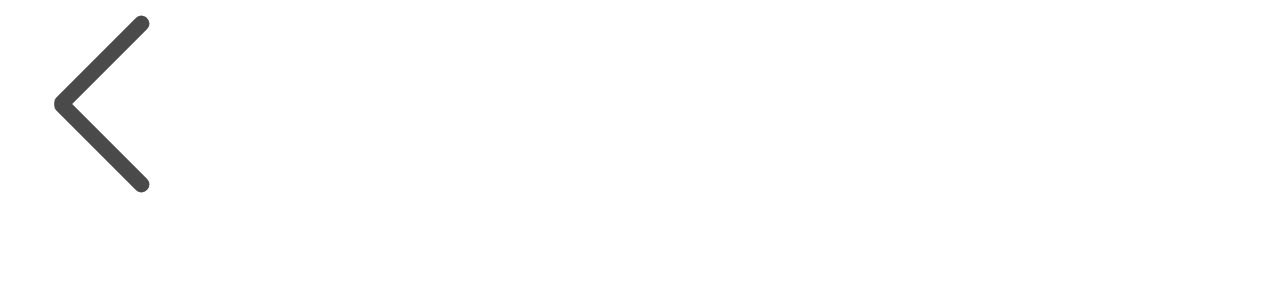
Repository: Cecilia1012/Course-selection-system
Page: http://localhost/SelectClass/myclass.jsp
These files come from the project's save history. The page is drawn as it stood at one moment and after the next save; the edit follows.
The browser window is 1280 px wide. The pictures show the whole page.
The page is served by Tomcat 9.

Above is the page before, as saved 2020-06-07 13:12:02.

After the next save:
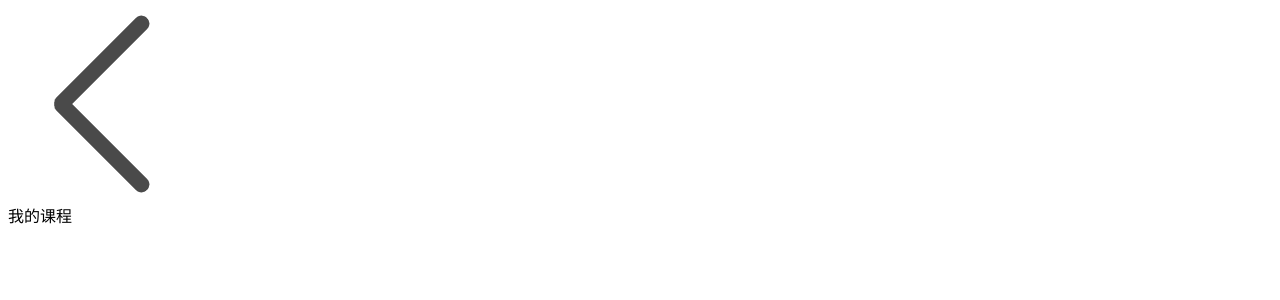
Saved 15 s later.
--- a/SelectClass/WebContent/myclass.jsp
+++ b/SelectClass/WebContent/myclass.jsp
@@ -11,8 +11,7 @@
 		<div class="back">
 			<img id="return" src="image/return-dark.png" onclick="back()" />
 		</div>
-		<div class="我的课程">
-		</div>
+		<div class="title">我的课程</div>
 	</div>
 
 	<script type="text/javascript">
